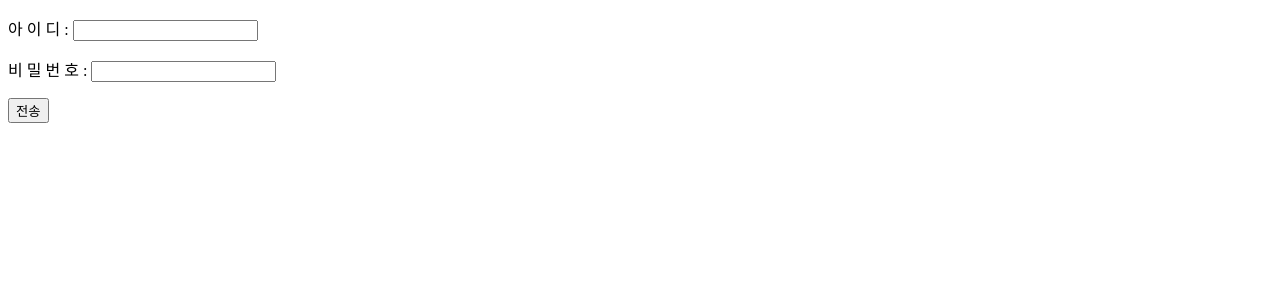
Repository: iwanttogohomenow/jspwork
Page: http://localhost/second/14_01_session01.jsp
The author's editor kept a copy of each file at every save. The page is drawn from the files as they stood at one save, then again after the next save.
The browser window is 1280 px wide. The pictures show the whole page.
The page is served by Tomcat 9. Other server files are loaded and not shown.

Above is the page before, as saved 2023-03-09 08:20:42.

### second/src/main/webapp/14_01_session01.jsp
<%@ page language="java" contentType="text/html; charset=UTF-8"
	pageEncoding="UTF-8"%>
<!DOCTYPE html>
<html>
<head>
<meta charset="UTF-8">
<title>Session</title>
</head>
<body>
<!--setAttribute로 값 설정 session의 기능 네이버 창 끄면 로그아웃되는거 생각하기  -->
<%
if(request.getParameter("no")!= null ) {
	out.println("<script>alert('세션 설정이 실패했습니다.');</script>");
}
%>



	<form action="14_01_session01_process.jsp" method="POST">
		<p>
			아 이 디 : <input type="text" name="id">
		</p>
		<p>
			비 밀 번 호 : <input type="password" name="passwd">
		</p>
		<p>
			<input type="submit" value="전송">
	</form>
</body>
</html>

After the next save:
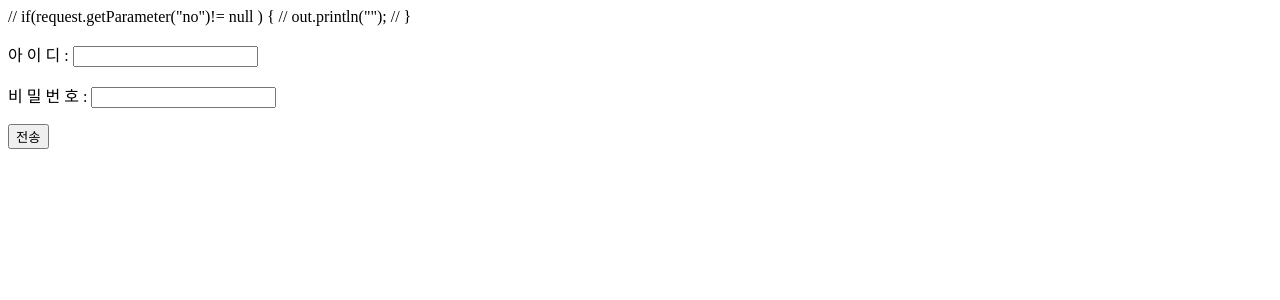
Saved 50 s later.
--- a/second/src/main/webapp/14_01_session01.jsp
+++ b/second/src/main/webapp/14_01_session01.jsp
@@ -8,11 +8,11 @@
 </head>
 <body>
 <!--setAttribute로 값 설정 session의 기능 네이버 창 끄면 로그아웃되는거 생각하기  -->
-<%
-if(request.getParameter("no")!= null ) {
-	out.println("<script>alert('세션 설정이 실패했습니다.');</script>");
-}
-%>
+<%-- <% --%>
+// if(request.getParameter("no")!= null ) {
+// 	out.println("<script>alert('세션 설정이 실패했습니다.');</script>");
+// }
+<%-- %> --%>
 
 
 
